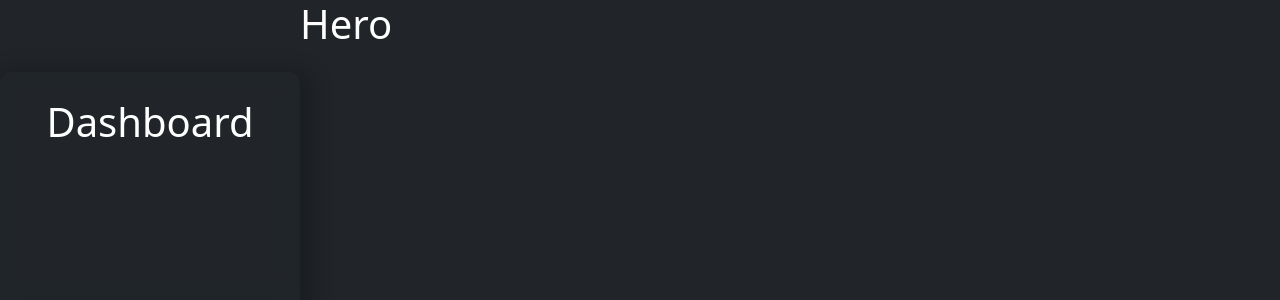
Repository: iamevs/Employee-Management-System
Page: / (app in client/)
The author's editor kept a copy of each file at every save. The page is drawn from the files as they stood at one save, then again after the next save.
The browser window is 1280 px wide. The pictures show the whole page.
The project was rebuilt for these pictures with package versions that can differ from the ones it lists, and the page was loaded fresh each time. Also part of the build but not shown: client/vite.config.js, client/src/App.css, client/src/components/Home.jsx, client/src/components/Register.jsx, client/src/components/Edit.jsx. Imported but missing from the stored project, and not drawn on this page: client/src/components/Details.

Above is the page before, as saved 2022-11-29 01:40:10.

### client/index.html
<html lang="en">
  <head>
    <meta charset="UTF-8" />
    <link rel="icon" type="image/svg+xml" href="/vite.svg" />
    <meta name="viewport" content="width=device-width, initial-scale=1.0" />
    <title>employee-management</title>
  </head>
  <body>
    <div id="root"></div>
    <script type="module" src="/src/main.jsx"></script>
  </body>
</html>

### client/src/main.jsx
import React, { StrictMode } from 'react';
import ReactDOM from 'react-dom';
import { createRoot } from "react-dom/client";
import './index.css';
import App from './App';
import { BrowserRouter } from "react-router-dom"
import ContextProvider from "./components/context/ContextProvider";
// root.render(
//   <StrictMode>
//   <ContextProvider>
//     <BrowserRouter>
//       <App />
//     </BrowserRouter>
//   </ContextProvider>
//   </StrictMode>
//   ,
//   document.getElementById('root')
// );


createRoot(document.getElementById('root')).render(
  <ContextProvider>
    <BrowserRouter>
      <App />
    </BrowserRouter>
  </ContextProvider>
)

### client/src/index.css
body {
  margin: 0;
  font-family: -apple-system, BlinkMacSystemFont, 'Segoe UI', 'Roboto', 'Oxygen',
    'Ubuntu', 'Cantarell', 'Fira Sans', 'Droid Sans', 'Helvetica Neue',
    sans-serif;
  -webkit-font-smoothing: antialiased;
  -moz-osx-font-smoothing: grayscale;
  background-color: #212529 !important;
  color: #fff !important;
}

code {
  font-family: source-code-pro, Menlo, Monaco, Consolas, 'Courier New',
    monospace;
}

.btns{
  display: flex;
  justify-content: space-between;
}

.btns > .tool, .tool{
  /* border: 1px solid #fff; */
  backdrop-filter: blur(10px);
  box-shadow: 0px 0px 9px 1px rgb(0 0 0 / 35%);
}

.form-control{
  background-color: #212529 !important;
  color: #C8DBBE !important;
  border: 1px solid #fff !important;
}

### client/src/App.jsx
import './App.css';
import "../node_modules/bootstrap/dist/css/bootstrap.min.css"
import "../node_modules/bootstrap/dist/js/bootstrap.bundle.min.js"
import Navbar from './components/Navbar';
import Home from './components/Home';
import Register from './components/Register';
import Edit from './components/Edit';
import Details from './components/Details';
import Hero from "./components/Hero.jsx";
import { Routes, Route } from "react-router-dom"
import { Stack } from '@mui/system';




function App() {
  return (
    <>
      <Stack direction={"row"}>
        <Navbar />
        <Routes>
          <Route path="/" element={<Hero />} />
          <Route path="/home" element={<Home />} />
          <Route exact path="/register" element={<Register />} />
          <Route exact path="/edit/:id" element={<Edit />} />
          <Route exact path="/view/:id" element={<Details />} />
        </Routes>
      </Stack>

    </>
  );
}

export default App;

### client/src/components/context/ContextProvider.jsx
import React, { createContext, useState } from 'react'


export const adddata = createContext("");
export const updatedata = createContext("");
export const deldata = createContext("");

const ContextProvider = ({ children }) => {

    const [udata, setUdata] = useState("");
    const [updata, setUPdata] = useState("");
    const [dltdata, setDLTdata] = useState("");


    return (
        <adddata.Provider value={{ udata, setUdata }}>
            <updatedata.Provider value={{ updata, setUPdata }}>
                <deldata.Provider value={{dltdata, setDLTdata}}>
                    {children}
                </deldata.Provider>

            </updatedata.Provider>

        </adddata.Provider>
    )
}

export default ContextProvider;

### client/src/components/Navbar.jsx
import React from 'react'
import { NavLink } from 'react-router-dom'
import { Box, Stack } from "@mui/material";


const Navbar = () => {
    return (
        // <Stack justifyContent={"center"} direction={"row"} marginTop={"10px"}>
        //     <Box justifyContent={"space-between"} alignItems={"center"} className="navbar navbar-expand-lg text-white" sx={{
        //         backgroundColor: "transparent",
        //         backdropFilter: "blur(10px) !important",
        //         position: "relative",
        //         color: "white",
        //         boxShadow: "4px 7px 20px 11px rgb(0 0 0 / 20%)",
        //         height: "60px",
        //         padding: "0 40px 0 40px",
        //         width: "auto",
        //         borderRadius: "10px"
        //     }}>
        //         <Box sx={{
        //             fontSize: "1.5rem",
        //             color: "#ADDDD0",
        //             fontWeight: "600",
        //             textShadow: "-10px 10px 15px rgba(0, 0, 0, 0.8)",
        //             marginRight: "100px"
        //         }}>Employee management Dashboard</Box>
        //         <Box direction={"row"}>
        //             <a href="/home" style={{
        //                 fontSize: "1.5rem",
        //                 color: "#ADDDD0",
        //                 fontWeight: "600",
        //                 textShadow: "-10px 10px 15px rgba(0, 0, 0, 0.8)",
        //                 textDecoration: "none",
        //             }}>Home</a>
        //             <a href="/" style={{
        //                 fontSize: "1.5rem",
        //                 color: "#ADDDD0",
        //                 fontWeight: "600",
        //                 textShadow: "-10px 10px 15px rgba(0, 0, 0, 0.8)",
        //                 textDecoration: "none",
        //                 marginLeft: "20px"
        //             }}>Docs</a>

        //         </Box>
        //     </Box>
        // </Stack>
        <Stack direction={"column"} alignItems={"center"}  sx={{
            backgroundColor: "transparent",
            backdropFilter: "blur(10px) !important",
            position: "relative",
            color: "white",
            boxShadow: "4px 7px 20px 11px rgb(0 0 0 / 20%)",
            height: "80vh",
            width: "300px",
            borderRadius: "10px",
            marginTop: "10vh"
        }}>
            <Box sx={{
                fontSize: "2.5rem",
                borderRadius: "10px",
                marginTop: "20px",
            }}>
                Dashboard
            </Box>
        </Stack>
    )
}

export default Navbar

### client/src/components/Hero.jsx
import React from "react";

const Hero = () => {
    return (
        <div>
            <h1>Hero</h1>
        </div>
    );
}

export default Hero;

After the next save:
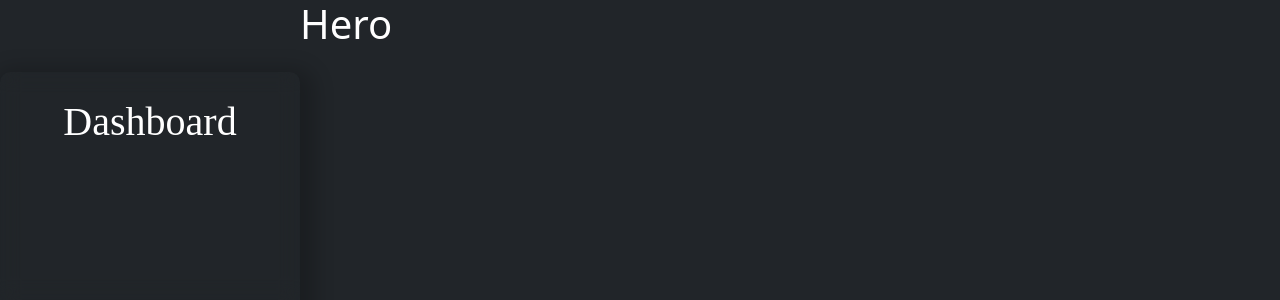
Saved 10 s later.
--- a/client/src/components/Navbar.jsx
+++ b/client/src/components/Navbar.jsx
@@ -59,6 +59,7 @@ const Navbar = () => {
                 fontSize: "2.5rem",
                 borderRadius: "10px",
                 marginTop: "20px",
+                fontFamily: "cursive",
             }}>
                 Dashboard
             </Box>
